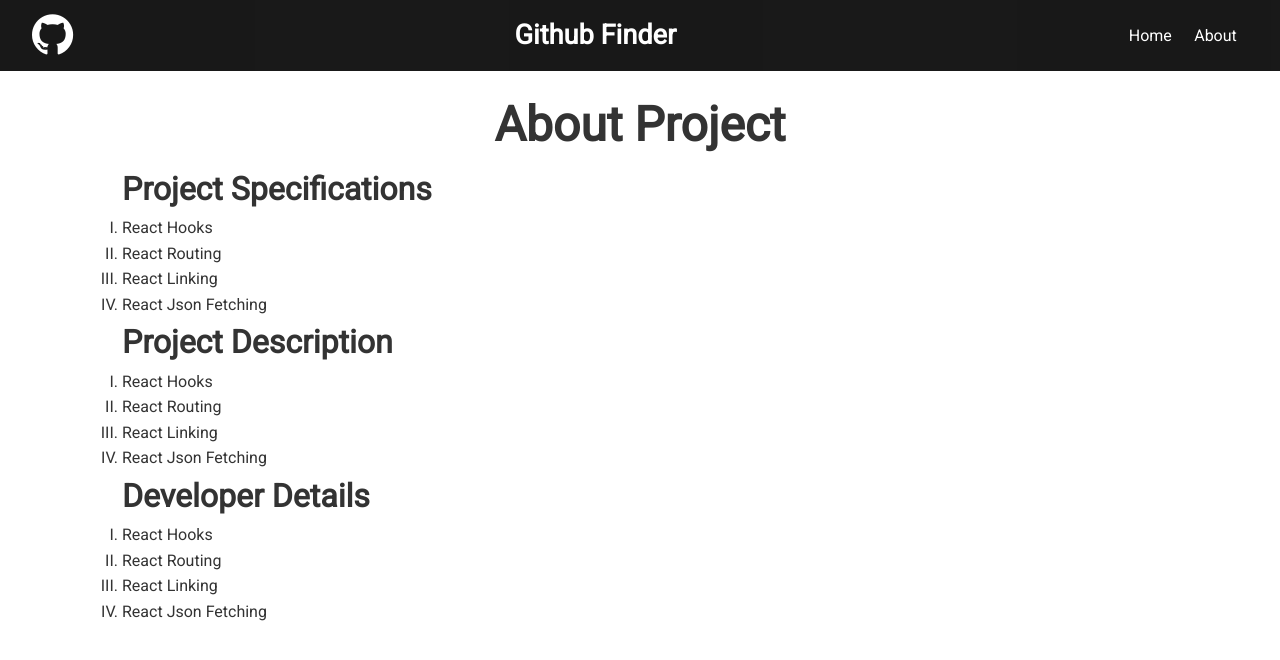
Repository: hemantsaini-7/ReactHooks-GitHub-Clone
Page: /about
These files come from the project's save history. The page is drawn as it stood at one moment and after the next save; the edit follows.
The browser window is 1280 px wide. The pictures show the whole page.
The project was rebuilt for these pictures with package versions that can differ from the ones it lists, and the page was loaded fresh each time. Also part of the build but not shown: src/components/users/UserItem.js, src/components/layout/Spinner.js, src/components/users/Users.js, src/components/repos/RepoItem.js, src/components/repos/Repos.js, src/components/users/User.js, src/components/users/Search.js, src/components/layout/Alert.js.

Above is the page before, as saved 2020-08-06 10:06:09.

After the next save:
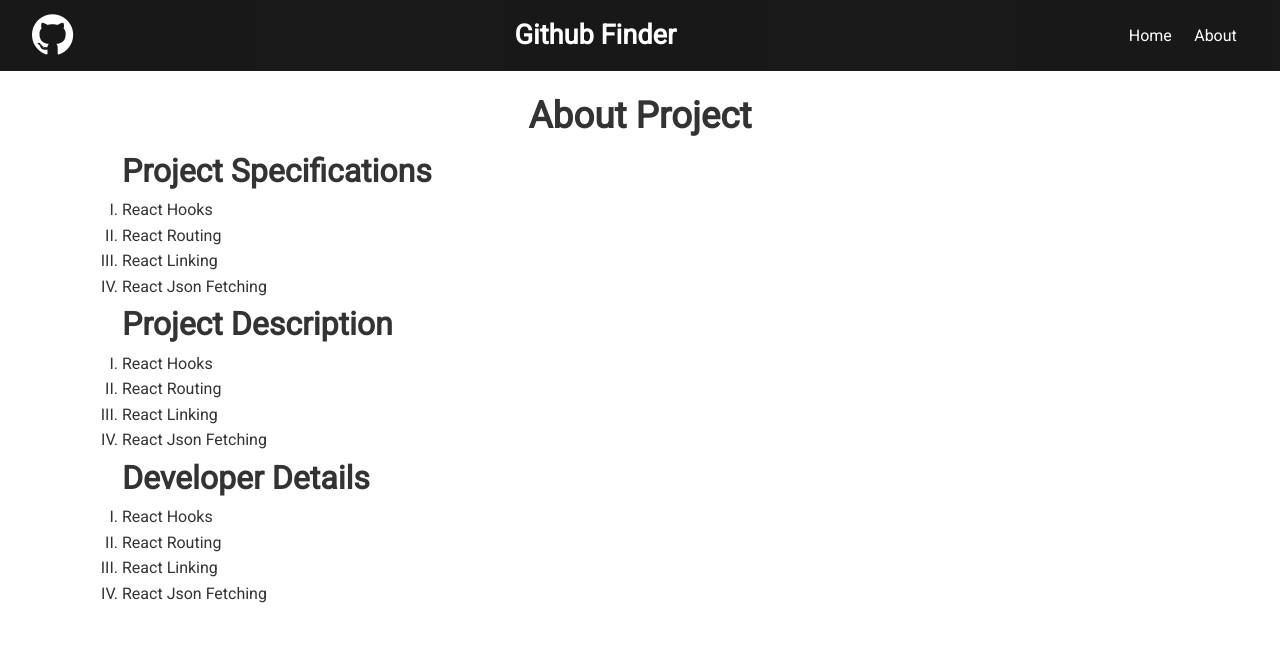
Saved 5 s later.
--- a/src/App.css
+++ b/src/App.css
@@ -393,7 +393,7 @@ table th {
 .about-head {
   text-align: center;
   font-weight: bold;
-  font-size: 3rem;
+  font-size: 2.3rem;
 }
 /* Mobile Styles */
 @media (max-width: 700px) {
